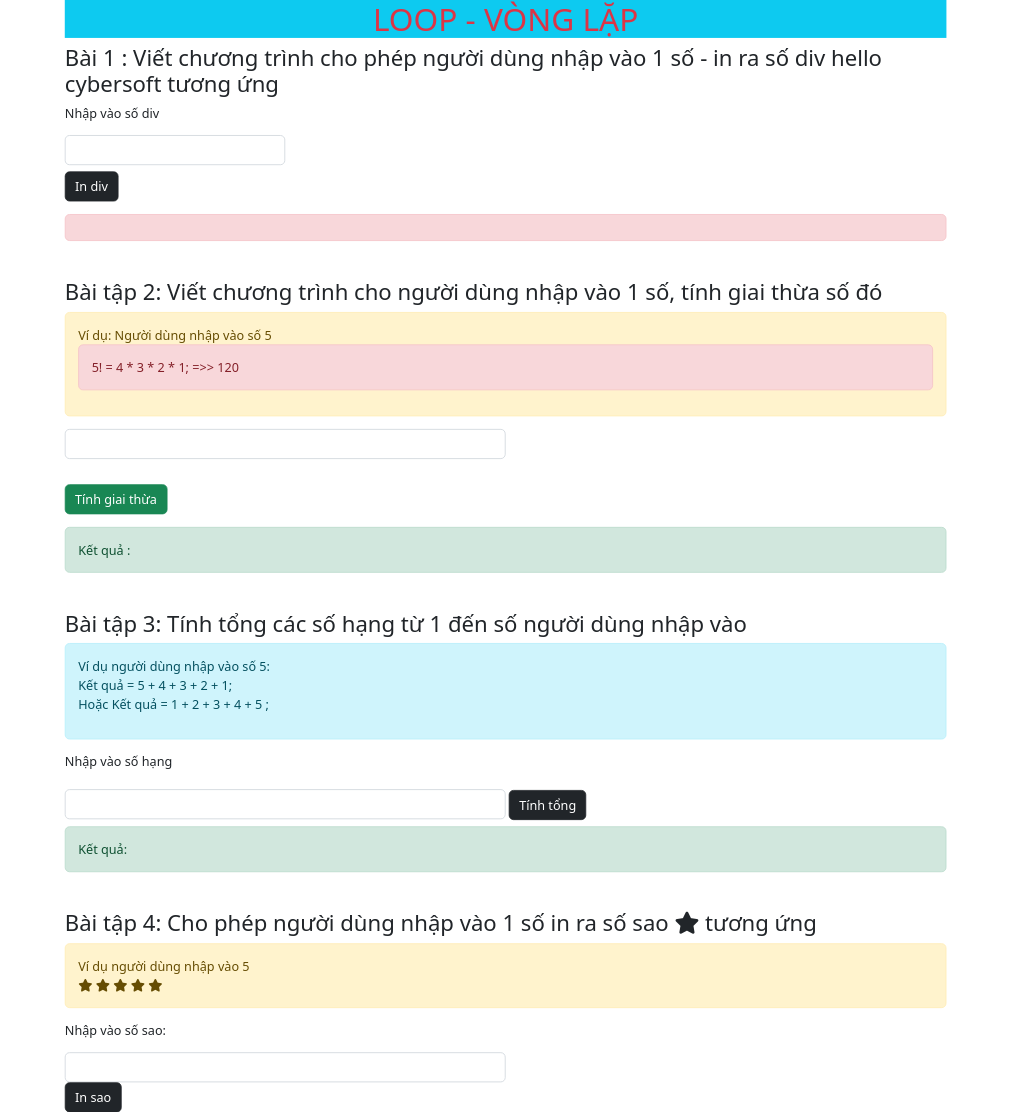
Repository: hcozyph/cyberSoft_JS_fulldocs
Page: JS_6_LOOP/index.html
The author's editor kept a copy of each file at every save. The page is drawn from the files as they stood at one save, then again after the next save.
The browser window is 1280 px wide. The pictures show the whole page, at 79% of full size.

Above is the page before, as saved 2023-02-08 21:12:54.

After the next save:
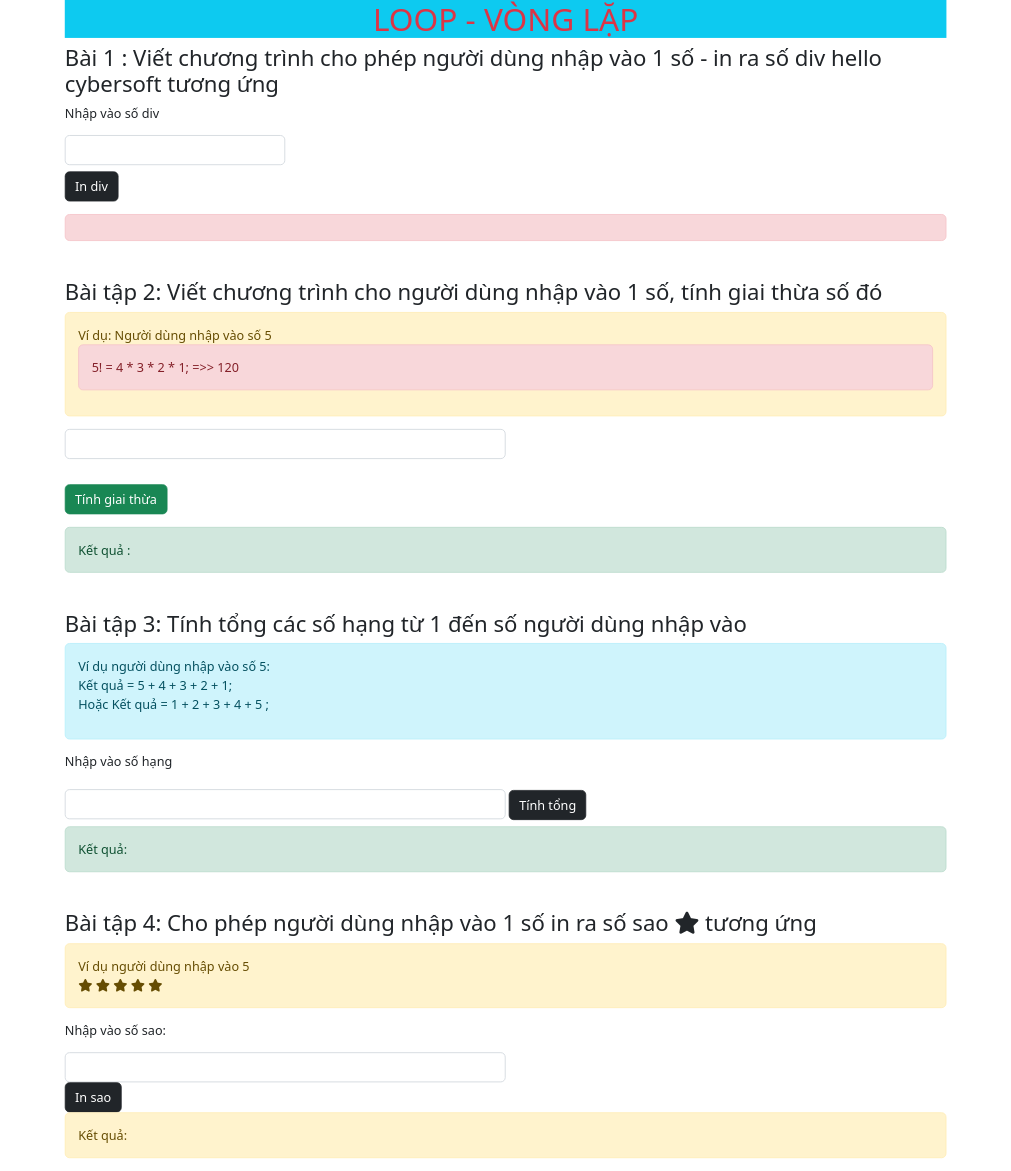
Saved 51 s later.
--- a/JS_6_LOOP/index.html
+++ b/JS_6_LOOP/index.html
@@ -136,6 +136,10 @@
                     In sao
                 </button>
             </div>
+
+            <div class="alert alert-warning">
+                Kết quả: <span id="ket-qua-bai-4"></span>
+            </div>
         </div>
 
         <!-- Bootstrap JavaScript Libraries -->
